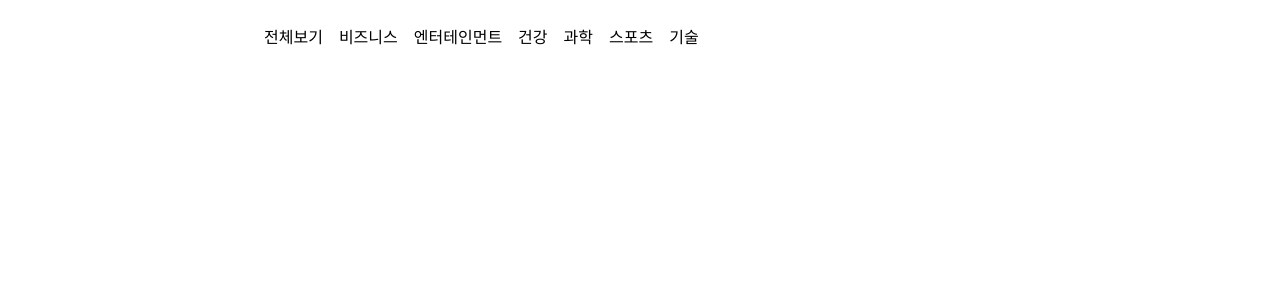
Repository: parkhyeonki/news-viewer
Page: /
An editor plug-in stored every save of this project. The page is shown before and after the next save, followed by the edit.
The browser window is 1280 px wide. The pictures show the whole page.
The page's requests for data from a server got no answer. The project was rebuilt for these pictures with package versions that can differ from the ones it lists, and the page was loaded fresh each time. No one was signed in, and anything a server would have sent is missing. Also part of the build but not shown: src/App.css, src/components/NewsItem/NewsItem.js.

Above is the page before, as saved 2022-05-19 15:51:37.

### src/App.js
import './App.css';
import Categories from './components/Categories/Categories';
import NewsList from './components/NewsList/NewsList';

function App() {
  return (
    <>
      <Categories />
      <NewsList />
    </>
  );
}

export default App;

### src/components/Categories/Categories.js
import React from 'react';
import styled from 'styled-components';
const categories = [
  {
    name: 'all',
    text: '전체보기',
  },
  {
    name: 'business',
    text: '비즈니스',
  },
  {
    name: 'entertainment',
    text: '엔터테인먼트',
  },
  {
    name: 'health',
    text: '건강',
  },
  {
    name: 'science',
    text: '과학',
  },
  {
    name: 'sports',
    text: '스포츠',
  },
  {
    name: 'technology',
    text: '기술',
  },
];

const CategoriesBlock = styled.div`
  display: flex;
  width: 768px;
  margin: 0 auto;
  padding: 1rem;
  @media screen and (max-width: 768px) {
    width: 100%;
    overflow-x: auto;
  }
`;

const Category = styled.div`
  padding: 0.5rem;
`;

const Categories = () => {
  return (
    <CategoriesBlock>
      {categories.map((category) => (
        <Category key={category.name}>{category.text}</Category>
      ))}
    </CategoriesBlock>
  );
};

export default Categories;

### src/components/NewsList/NewsList.js
import axios from 'axios';
import React, { useEffect, useState } from 'react';
import styled from 'styled-components';
import NewsItem from '../NewsItem/NewsItem';
const NewsListBlock = styled.div`
  box-sizing: border-box;
  padding-bottom: 3rem;
  width: 768px;
  margin: 0 auto;
  margin-top: 2rem;
  @media screen and (max-width: 768px) {
    width: 100%;
    padding-left: 1rem;
    padding-right: 1rem;
  }
`;
const NewsList = () => {
  const [articles, setArticles] = useState(null);
  const [loading, setLoading] = useState(false);

  useEffect(() => {
    const fetchData = async () => {
      setLoading(true);
      try {
        const response = await axios.get(
          'https://newsapi.org/v2/top-headlines?country=kr&category=business&apiKey=05f1b59ba99c4b2cb7579cb88e16cfcd',
        );
        setArticles(response.data.articles);
      } catch (e) {
        console.log(e);
      }
      setLoading(false);
    };
    fetchData();
  }, []);

  if (loading) {
    return <NewsListBlock>loading...</NewsListBlock>;
  }

  if (!articles) {
    return null;
  }
  return (
    <NewsListBlock>
      {articles.map((article) => (
        <NewsItem key={article.url} article={article} />
      ))}
    </NewsListBlock>
  );
};

export default NewsList;

Loaded but not shown: public/index.html (common file); src/index.js (common file); src/index.css (common file); src/reportWebVitals.js (common file)

After the next save:
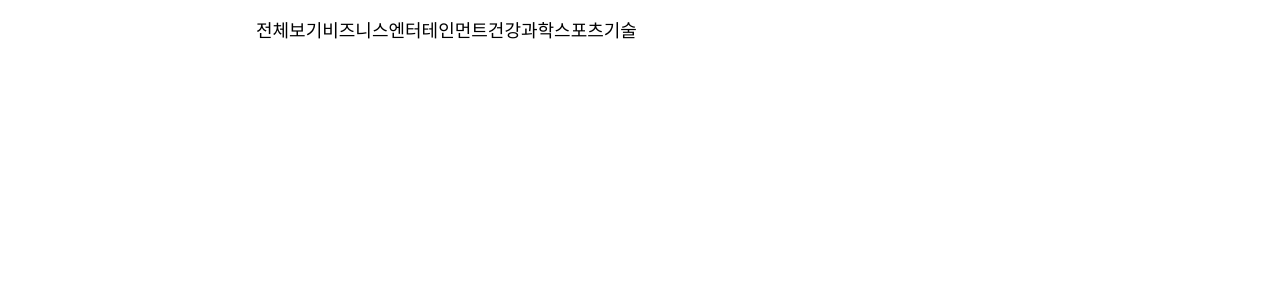
Saved 21 s later.
--- a/src/components/Categories/Categories.js
+++ b/src/components/Categories/Categories.js
@@ -43,7 +43,7 @@ const CategoriesBlock = styled.div`
 `;
 
 const Category = styled.div`
-  padding: 0.5rem;
+  font-size: 1.125rem;
 `;
 
 const Categories = () => {
